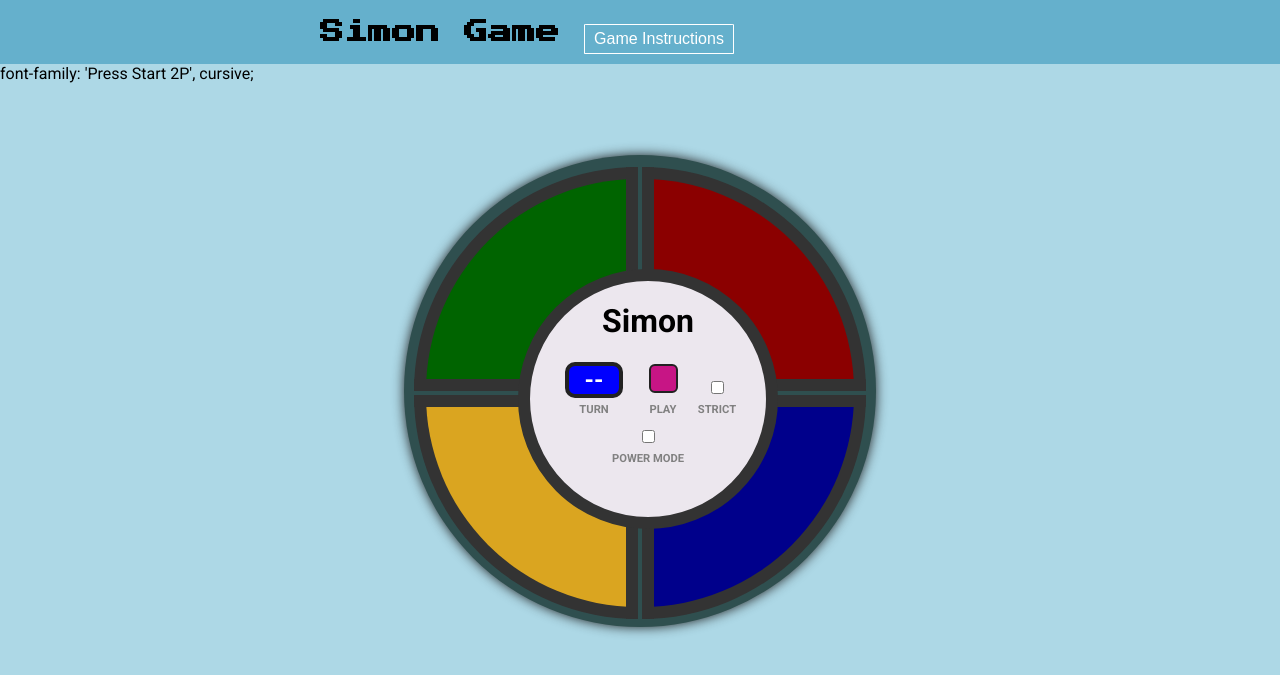
Repository: bbarbara19/memorygame
Page: index.html
The author's editor kept a record of every edit. The page is drawn from the files as they stood at one moment, then again after the next edit.
The browser window is 1280 px wide. The pictures show the whole page.

Above is the page before.

### index.html
<!DOCTYPE html>
<html lang="en">
<head>
    <meta charset="UTF-8">
    <meta name="viewport" content="width=device-width, initial-scale=1.0">
    <meta http-equiv="X-UA-Compatible" content="ie=edge">
    <link rel="stylesheet" href="style.css" type="text/css"/>
    <link rel="stylesheet" href="" type="text/css" />
    <script src="https://cdn.jsdelivr.net/npm/sweetalert2@8"></script>
    <title>Simon Game</title>
      <audio id="clip1" src="sounds/simonSound1.mp3"></audio>
      <audio id="clip2" src="sounds/simonSound2.mp3"></audio>
      <audio id="clip3" src="sounds/simonSound3.mp3"></audio>
      <audio id="clip4" src="sounds/simonSound4.mp3"></audio>
</head>
<body>

<!--nav bar-->

<nav>
    <div class="title">
        <h1 class="inline" style="font-family: 'Press Start 2P', cursive;">Simon Game</h1>
        <button class="btn-GameHelp inline" onclick="confirmation();">Game Instructions</button>
    </div>
</nav>

font-family: 'Press Start 2P', cursive;

<!--nav bar-->

<!--Container Game console-->
<div class="container">
    <div class="fourPads">
        <div>
            <div class="inline pad green" id='green'></div>
            <div class="inline pad red" id='red'></div>
        </div>
        <div>
          <div class="inline pad yellow" id='yellow'></div>
          <div class="inline pad blue" id='blue'></div>
        </div>
     </div> <!--end fourPads -->
     <div class="console"> <!--inner gma console -->
         <h1 class="brand">Simon</h1>
         <div class="rw">
             <div class="display inline">
                 <h1 class="counter boxTurn" id="Counter">--</h1>
                 <h3 class="label">TURN</h3>
             </div>
             <div class="btn-box inline">
                 <div class="round-btn clickable" id="start"></div>
                 <h3 class="label">PLAY</h3>
             </div>
             <div class="btn-box inline">
                 <input type="checkbox" class="toggle" id="strictMode">
                 <h3 class="label">STRICT</h3>
             </div> <!--ligh stric mode on-->
             <div>
                 <input type="checkbox" class="toggle inline" id="powerMode">
                 <h3 class="label">POWER MODE</h3>
                 </input>
             </div> <!--fine center div-->
         </div>
    </div>  <!--end inner game console -->
</div> <!--end main container -->
<script type="text/javascript" src="script.js"></script>
</body>
</html>

### style.css
@import url('https://fonts.googleapis.com/css?family=Roboto:300,400,500,700&display=swap');
@import url('https://fonts.googleapis.com/css?family=Press+Start+2P&display=swap');

body {
 background-color: lightblue;
 font-family:Roboto;
 margin:0;
 padding:0;
}

/*--style Button Drop down instructions--*/

/* Dropdown Button */
.btn-GameHelp {
  background-color: #65b0cc;
  color: white;
  padding: 5px;
  width:150px;
  position: relative;
  margin: 0 auto;
  font-size: 16px;
  cursor: pointer;
  left:20px;
  border-radius:2%;
  border: solid 1px white;
  text-align:center;
  margin-top:10px;
}

nav {
  margin:0;
  padding:0;
  width:100%;
  background-color:#65b0cc;
}

.title{
 width: 50%;
 margin: 0 auto;
}
/*--End style Button Drop down instructions--*/

/*--style Game container--*/

.h1{
  font-family: 'Press Start 2P', cursive;
  font-size:16px;
  color : #222;
}

.container{
  width: 472px;
  height:472px;
  border-radius:100%;
  position: relative;
  text-align: center;
  margin:auto;
  background-color:darkslategray;
  top:10vh;
  box-shadow: 0px 0px 12px #222;
}

.fourPads{
  position: relative;
  top:12px;
}

.pad.red {
    background:darkred;
    border-top-right-radius : 100%;
}

.pad.green {
    background:darkgreen;
    border-top-left-radius : 100%;
}

.pad.yellow {
    background:goldenrod;
    border-bottom-left-radius : 100%;
}

.pad.blue {
    background:darkblue;
    border-bottom-right-radius : 100%;
}

.console{
  width:50%;
  height:50%;
  position : absolute;
  border-radius:100%;
  top:50%;
  left:50%;
  margin: -122px 0 0  -122px;
  background-color:#ECE7EE;
  border: 12px solid #333;
}

.pad {
  position  : relative;
  width:200px;
  height:200px;
  background-color : grey;
  border: 12px solid #333;
}

.inline{
  display: inline-block;
}

.counter{
  font-family: Roboto;
  color : white;
  padding : 0px;
  font-size : 1.5em;
  width : 50px;
  background-color: #00FF;
  position:relative;
  border : 4px solid #222;
  border-radius : 10px;
  margin:auto;
}

.round-btn{
  width : 25px;
  height : 25px;
  position: relative;
  background-color : mediumvioletred;
  border-radius : 20%;
  border : 2px solid #222;
  margin:auto;
  top : -5px;
}

.round-btn:active{
    box-shadow : 0 1px 1px #292929;
    top : -4px;
}

.clickable{
  pointer-events : auto;
  cursor:pointer;
}

.led-on{
  background-color:#DC0D29;
}

.led-off{
  color:white;
}

.label{
  color : grey;
  font-family :Roboto;
  font-size:0.7em;
  margin-top:5px;
  text-align:center;
}

.display{
  width : 80px;
  position:relative;
  text-align:center;
}

.btn-box{
  width : 50px;
  position:relative;
}
/*--style Game container--*/

### script.js
let SimonOrder = [];
let playerOrder = [];
let flash;
let turn;
let good;
let SimonTurn;
let intervalId;
let strict = false;
let noise = true;
let on = false;
let win;

const turnCounter = document.querySelector("#Counter");

// event listener to check if StrictMode is checked or not
function StrictMode(){
  if (document.querySelector('#strictMode').checked == true){
  console.log('selezionato');
  strict = true;
  } else {
  strict = false;
  }
}


// event listener on the click on the strict mode checkbox, to call the function  StrictMode()
document.querySelector('#strictMode').addEventListener('click', function(){
 console.log('StrictMode');
 StrictMode();
})


// Power mode checked - allows different messages on the counter box TESTED

function PowerChecked(){
if (document.querySelector('#powerMode').checked == true){
  console.log('power mode is on');
  on = true;
  document.querySelector(".boxTurn").innerHTML = "ON";
  } else {
  console.log('power mode is off');
  on = false;
  document.querySelector(".boxTurn").innerHTML = "OFF";
  clearColor();
  clearInterval(intervalId);
  }
}

document.querySelector('#powerMode').addEventListener('click', function(){
 console.log('PowerClicked');
 PowerChecked();
 alert('Power Mode active, press the Play button!')
})

//function clear Color - reset the pad colours to dark after the turn
function clearColor() {
  document.querySelector('.green').style.backgroundColor = "darkgreen";
  document.querySelector('.red').style.backgroundColor = "darkred";
  document.querySelector('.yellow').style.backgroundColor = "goldenrod";
  document.querySelector('.blue').style.backgroundColor = "darkblue";
}

//function Flash Color - flashes the pad colours during the turn TESTED
function flashColor() {
 document.querySelector('.green').style.backgroundColor = "lime";
 document.querySelector('.red').style.backgroundColor = "red";
 document.querySelector('.yellow').style.backgroundColor = "yellow";
 document.querySelector('.blue').style.backgroundColor = "turquoise";
}

//functions play audio
function padgreen() {
  if (noise) {
    let audio = document.getElementById("clip1");
    audio.play();
  }
  noise = true;
  document.querySelector('.green').style.backgroundColor = "lime";
}

function padred() {
  if (noise) {
    let audio = document.getElementById("clip2");
    audio.play();
  }
  noise = true;
  document.querySelector('.red').style.backgroundColor = "red";
}

function padblue() {
  if (noise) {
    let audio = document.getElementById("clip3");
    audio.play();
  }
  noise = true;
  document.querySelector('.blue').style.backgroundColor = "turquoise";
}

function padyellow() {
  if (noise) {
    let audio = document.getElementById("clip4");
    audio.play();
  }
  noise = true;
  document.querySelector('.yellow').style.backgroundColor = "yellow";
}

//Play function at the start Simon and Player order set to zero, counter set to 1
function play() {
  SimonOrder = [];
  playerOrder = [];
  flash = 0;
  win = false;
  intervalId = 0;
  turn = 1;
  turnCounter.innerHTML = 1;
  good = true;
  for (var i = 0; i < 10; i++) {
    SimonOrder.push(Math.floor(Math.random() * 4) + 1);
  }
  console.log(SimonOrder);
  SimonTurn = true; //it starts with the computer turn
  intervalId = setInterval(gameTurn, 800); //setinterval is going to run the function gameTurn after 800 mlliseconds
  //the computer flashes a ligh after 800 milliseconds and is going to repeat it until this interval is cleared
  //this interval is cleared after all the lights have been flashed
}

function gameTurn() {
  on = false; //during the computer turn the player can't click on the buttons
  if (flash == turn) {
    clearInterval(intervalId);
    SimonTurn = false;
    clearColor();
    on = true;
  }


  // if it is the computer turn,  it clears all the pad colours and activate the flashes on the four pads
    if (SimonTurn) {
    clearColor();
    setTimeout( function Flash() {  //setTimeout after 200 milliseconds
      if (SimonOrder[flash] == 1){
        padgreen();
      }
      if (SimonOrder[flash] == 2){
        padred();
      }
      if (SimonOrder[flash] == 3){
        padblue();
      }
      if (SimonOrder[flash] == 4){
        padyellow();
      }
      flash++; //flash started at 0 and is going to be incremented of one every time the computer flashes, this happens after 200 milliseconds
      //a light is going to be to
    }, 200);
  }

}

//event listener of the start button to call the play()function
document.querySelector("#start").addEventListener('click', function StartCommand(){
  if (on || win) {
  console.log('start pressed');
  play();
  }
})

//function to check the win status
function check() {
  if (playerOrder[playerOrder.length - 1] !== SimonOrder[playerOrder.length - 1]) {
    good = false;
    console.log(good);
    window.alert("try again!");
  }

  if (playerOrder.length == 10 && good) {
    winGame();
  }

  if (good == false) {
    flashColor();
    turnCounter.innerHTML ="NO!";
    /*inner html not working*/
    setTimeout(() => {
      turnCounter.innerHTML = turn;
      clearColor();

      if (strict) {
        play();//reset the game to zero and start play again
      } else {
        SimonTurn = true;
        flash = 0;
        playerOrder = [];
        good = true;
        intervalId = setInterval(gameTurn, 800);
      }
    }, 800);
    noise = false;
  }

   if (turn == playerOrder.length && good && !win) {
    turn++;
    playerOrder = [];
    SimonTurn = true;
    flash = 0;
    window.alert("you won the turn!");
    turnCounter.innerHTML = turn;
    intervalId = setInterval(gameTurn, 800);
    console.log('the turn number is:'+turn);
  }

}


/*function that listens to the player click on the pads, records the number clicked in the Player Order array
flashes the pad and sound and after a timeout clear the pad colours*/

document.querySelectorAll('.pad').forEach(function(e){
    e.addEventListener('click', function(){
      if (on){
        console.log('cliccato');
        var padClicked = this.id;
              switch (padClicked) {
              case "green":
                console.log('green clicked');
                playerOrder.push(1);
                console.log(playerOrder);
                padgreen();
                check();
                if (!win) {
                  setTimeout(function(){
                  clearColor();
                 }, 300);
                }
                break;
              case "yellow":
                console.log('yellow clicked');
                playerOrder.push(4);
                console.log(playerOrder);
                padyellow();
                check();
                if (!win) {
                  setTimeout(function(){
                  clearColor();
                 }, 300);
                }
                break;
              case "red":
                console.log('red clicked');
                playerOrder.push(2);
                console.log(playerOrder);
                padred();
                check();
                if (!win) {
                  setTimeout(function(){
                  clearColor();
                 }, 300);
                }
                break;
              case "blue":
                console.log('blue clicked');
                playerOrder.push(3);
                console.log(playerOrder);
                padblue();
                check();
                if (!win) {
                  setTimeout(function(){
                  clearColor();
                 }, 300);
                }
                break;
              default:
                console.log('no match found');
            }
         }
          })
      })


// function win the game
function winGame() {
  flashColor();
  turnCounter.innerHTML = "WIN!";
  on = false;
  win = true;
  alert('Congratulations you won the game');
}

// function sweetalert2 - alert Game Help instructions

function confirmation()
  {
    Swal.fire({
  type: 'info',
  text: "You won't be able to revert this!",
  html:
    '<small>Simon is a memory game where you need to repeat a sequence of tones and lights, played by the device by pressing the buttons.</small>' +
    '<small>To win the game you have to pass 10 rounds, at each turn, the series becomes progressively longer and more complex.</small>' +
    '<small><h3><b>How to play</b></h3></small>' +
    '<li><small>To start the game check the Power Mode and the Play button</small></li>' +
    '<li><small>Each turn starts with the device flashing a sequence of lights</small></li>' +
    '<li><small>You have to repeat the same sequence by pressing the buttons</small></li>' +
    '<li><small>If you do a mistake, you can retry after the sequence is repeated</small></li>' +
    '<li><small>With the strict mode checked, the game is over after each mistake</small></li>' +
    '<li><small>The number of flashes matches the turn number of the counter</small></li>' +
    '<li><small>In each turn an additional sound is added to the previous sequence</small></li>',
  showCloseButton: true,
  showCancelButton: false,
  focusConfirm: false,
  confirmButtonAriaLabel: 'Thumbs up, great!',
    })
  }

After the next edit:
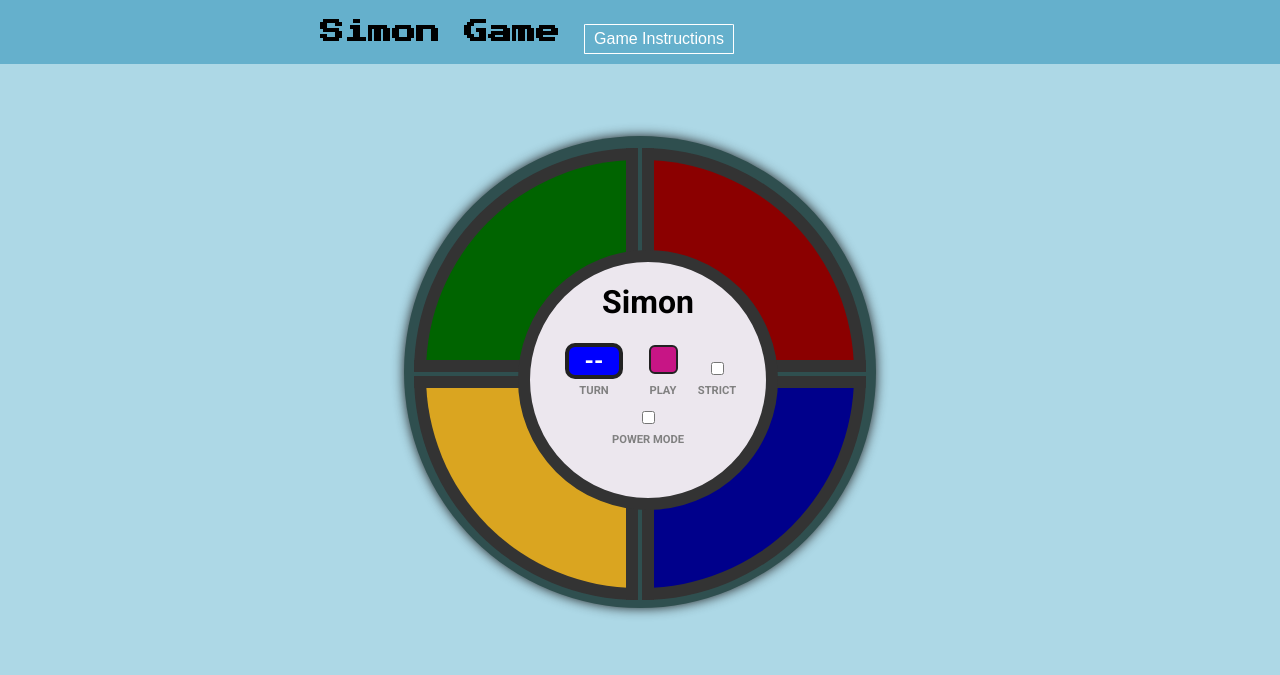
The edit:
--- a/index.html
+++ b/index.html
@@ -23,8 +23,6 @@
         <button class="btn-GameHelp inline" onclick="confirmation();">Game Instructions</button>
     </div>
 </nav>
-
-font-family: 'Press Start 2P', cursive;
 
 <!--nav bar-->
 
